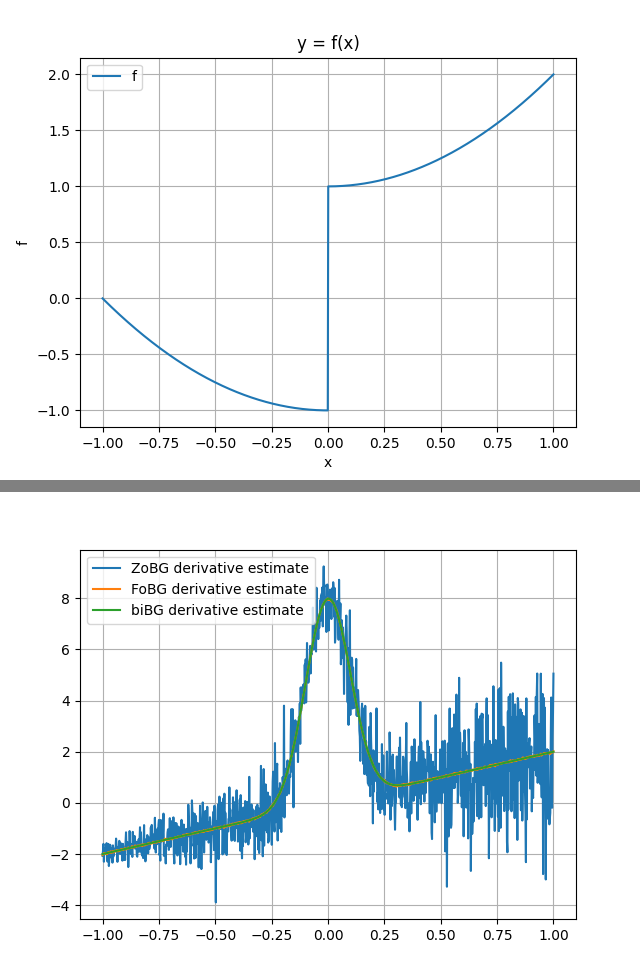
Repository: oomcth/Gradient-smoothing
Script's output: python test.py
An editor plug-in stored every save of this project. The script's output is shown before and after a run of saves, followed by the edit.
Each picture stacks the figures in order, with grey between them; figures that are only written to a file come last. Random numbers start from a fixed seed.

Above is the script's output before, as saved 2025-11-23 12:31:03.

### test.py
import numpy as np
import matplotlib.pyplot as plt

rng = np.random.default_rng()
sigma = 0.1
t = 0.1


def coulomb_friction(x):
    return x**2 + (-1 if x < 0 else 1)


def smoothed_coulomb_friction(x, t):
    assert t > 0
    return x**2 + (-1 if x < -t / 2 else 1 if x > t / 2 else 2 * x / t)


def ReLU(x):
    return np.maximum(x, 0)


def visualize(t, f):
    xs = np.linspace(-1, 1, 1000)
    y = np.array([f(x) for x in xs])

    plt.plot(xs, y, label="f")

    plt.legend()
    plt.xlabel("x")
    plt.ylabel("f")
    plt.title("y = f(x)")
    plt.grid(True)
    plt.show()


def gaussian_pdf(x, mu=0.0, sigma=1.0):
    return 1.0 / (np.sqrt(2 * np.pi) * sigma) * np.exp(-0.5 * ((x - mu) / sigma) ** 2)


def zo_gradient(f, x, M=100):
    x = np.array([x], dtype=np.float64)
    omegas = np.random.normal(loc=0, scale=sigma, size=M)
    xs = x + omegas
    fx = np.array([f(xi) for xi in xs])
    glp = -omegas / (sigma**2)
    return -(fx * glp).sum(axis=0) / M


def fo_gradient(f, x, M=100):
    x = np.array([x], dtype=np.float64)
    omegas = np.random.normal(loc=0, scale=sigma, size=M)
    xs = x + omegas
    grads = 2 * xs
    return grads.mean() + 2 * gaussian_pdf(-x, mu=0, sigma=sigma)


def bi_gradient(f, x, M=100):
    x = np.array([x], dtype=np.float64)
    grads = 2 * x
    return grads.mean() + 2 * gaussian_pdf(-x, mu=0, sigma=sigma)


def visualize_derivatives(f):
    x = np.linspace(-1, 1, 1000)

    y1 = np.array([zo_gradient(f, l, M=100) for l in x])
    y2 = np.array([fo_gradient(f, l, M=100) for l in x])
    y3 = np.array([bi_gradient(f, l, M=100) for l in x])

    plt.plot(x, y1, label="ZoBG derivative estimate")
    plt.plot(x, y2, label="FoBG derivative estimate")
    plt.plot(x, y3, label="biBG derivative estimate")
    plt.legend()
    plt.grid(True)
    plt.show()


visualize(t, coulomb_friction)
visualize_derivatives(coulomb_friction)

After the next 2 saves:
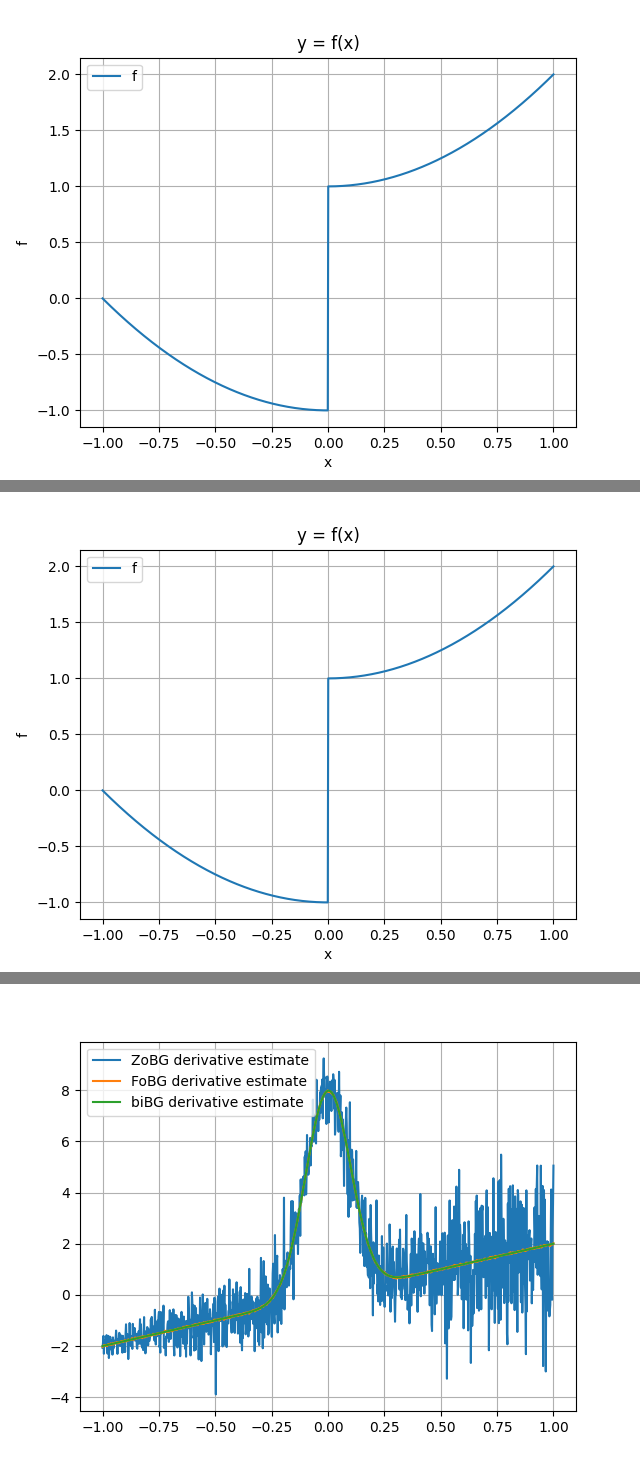
The 2 saves are shown as one change because 1 did not build or start.
The last was saved 12 s later.
--- a/test.py
+++ b/test.py
@@ -19,7 +19,7 @@ def ReLU(x):
     return np.maximum(x, 0)
 
 
-def visualize(t, f):
+def visualize(f):
     xs = np.linspace(-1, 1, 1000)
     y = np.array([f(x) for x in xs])
 
@@ -75,5 +75,6 @@ def visualize_derivatives(f):
     plt.show()
 
 
-visualize(t, coulomb_friction)
+visualize(coulomb_friction)
+visualize(coulomb_friction)
 visualize_derivatives(coulomb_friction)
